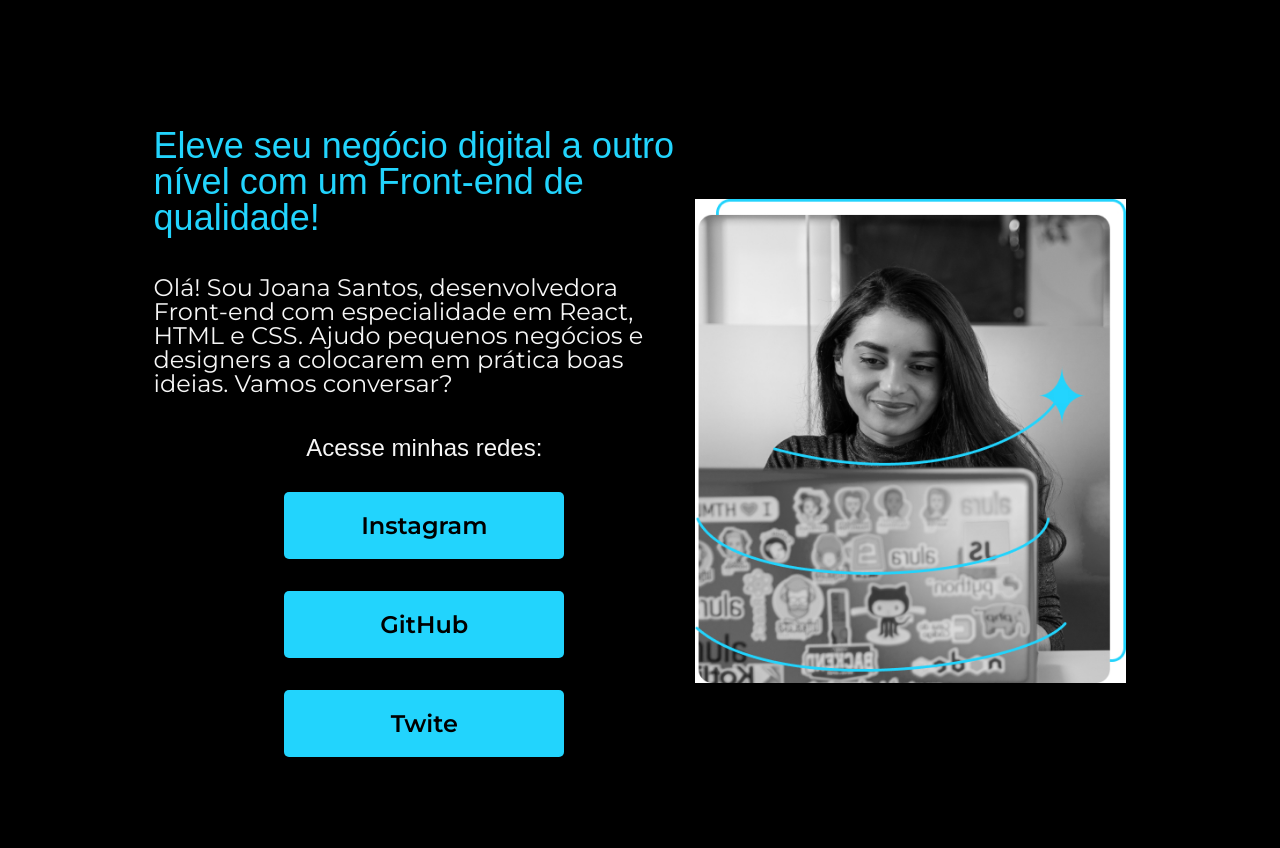
Repository: joaoPraiaJunior/html-basico
Page: index.html
The author's editor kept a copy of each file at every save. The page is drawn from the files as they stood at one save, then again after the next save.
The browser window is 1280 px wide. The pictures show the whole page.
Some web fonts or font styles are not loaded; a fallback is used.

Above is the page before, as saved 2024-06-06 18:13:59.

### index.html
<!DOCTYPE html>
<html lang="pt-BR" dir="ltr">
  <head>
    <meta charset="UTF-8" />
    <meta http-equiv="X-UA-Compatible" content="IE=edge" />
    <meta name="viewport" content="width=device-width, initial-scale=1.0" />
    <title>Portifólio</title>
    <link rel="stylesheet" href="css/reset.css" />
    <link rel="stylesheet" href="css/style.css" />
  </head>
  <body>
    <header></header>
    <main class="apresentacao">
      <section class="apresentacao__conteudo">
        <h1 class="apresentacao__titulo">
          Eleve seu negócio digital a outro nível com um Front-end de qualidade!
        </h1>
        <p class="apresentacao__texto">
          Olá! Sou Joana Santos, desenvolvedora Front-end com especialidade em
          React, HTML e CSS. Ajudo pequenos negócios e designers a colocarem em
          prática boas ideias. Vamos conversar?
        </p>
        <div class="apresentacao__links">
          <h2 class="apresentacao__subtitulo">Acesse minhas redes:</h2>
          <a class="apresentacao__link" href="https://www.instagram.com/joaopraiajunior/">Instagram</a>
          <a class="apresentacao__link" href="https://github.com/joaoPraiaJunior">GitHub</a>
          <a class="apresentacao__link" href="http://">Twite</a>
        </div>
      </section>
      <section class="apresentacao__imagem">
        <img src="images/Imagem.jpg" alt="foto da joana santos programando!" />
      </section>
    </main>
    <footer></footer>
  </body>
</html>

### css/reset.css
/* http://meyerweb.com/eric/tools/css/reset/
   v2.0 | 20110126
   License: none (public domain)
*/

* {
    box-sizing: border-box;
}

html, body, div, span, applet, object, iframe,
h1, h2, h3, h4, h5, h6, p, blockquote, pre,
a, abbr, acronym, address, big, cite, code,
del, dfn, em, img, ins, kbd, q, s, samp,
small, strike, strong, sub, sup, tt, var,
b, u, i, center,
dl, dt, dd, ol, ul, li,
fieldset, form, label, legend,
table, caption, tbody, tfoot, thead, tr, th, td,
article, aside, canvas, details, embed,
figure, figcaption, footer, header, hgroup,
menu, nav, output, ruby, section, summary,
time, mark, audio, video {
	margin: 0;
	padding: 0;
	border: 0;
	font: inherit;
	vertical-align: baseline;
}
/* HTML5 display-role reset for older browsers */
article, aside, details, figcaption, figure,
footer, header, hgroup, menu, nav, section {
	display: block;
}
body {
	line-height: 1;
}
ol, ul {
	list-style: none;
}
blockquote, q {
	quotes: none;
}
blockquote:before, blockquote:after,
q:before, q:after {
	content: '';
	content: none;
}
table {
	border-collapse: collapse;
	border-spacing: 0;
}

### css/style.css
@import url('https://fonts.googleapis.com/css2?family=Krona+One&family=Montserrat:wght@400;600&display=swap');

html {
  font-size: 62.5%;
}

body {
  color: #f6f6f6;
  background-color: #000;
  font-size: 1.6rem;
  height: 100vh;
}

.apresentacao {
  margin: 10% 12%;
  display: flex;
  justify-content: space-between;
  align-items: center;
}

.apresentacao__conteudo {
  display:flex;
  flex-direction: column;
  width: 615px;
  gap: 40px;
}

.apresentacao__titulo {
  color: #22d4fd;
  font-family: 'Krona One', sans-serif;
  font-size: 3.6rem;
}

.apresentacao__subtitulo{
  font-family: 'Krona One', sans-serif;
  font-size: 2.4rem;
  font-weight: 400;
}

.apresentacao__texto {
  font-family: 'Montserrat', sans-serif;
  font-size: 2.4rem;
}

.apresentacao__links {
  display: flex;
  flex-direction: column;
  justify-content: space-between;
  align-items: center;
  row-gap: 32px;
}

.apresentacao__link {
  color: #000;
  background-color: #22d4fd;
  font-family: 'Montserrat', sans-serif;
  font-size: 2.4rem;
  font-weight: 600;
  padding: 21.5px 0;
  width: 280px;
  border-radius: 5px;
  text-align: center;
  text-decoration: none;
}

.apresentacao__link--transparente {
  color: #22d4fd;
  background-color: transparent;
  border: 2px solid #22d4fd;
}

.apresentacao__imagem img {
  max-width: 100%;
}

After the next save:
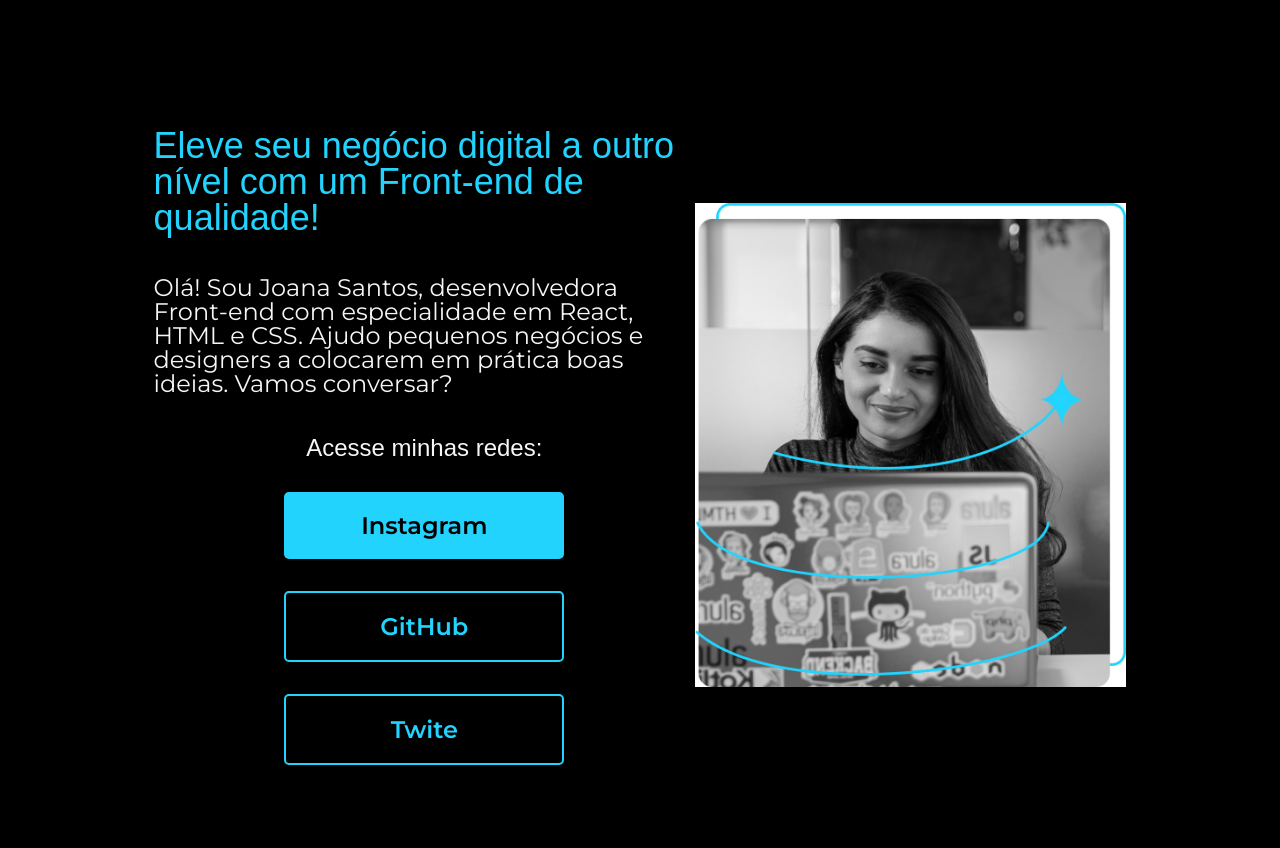
Saved 29 s later.
--- a/index.html
+++ b/index.html
@@ -23,8 +23,8 @@
         <div class="apresentacao__links">
           <h2 class="apresentacao__subtitulo">Acesse minhas redes:</h2>
           <a class="apresentacao__link" href="https://www.instagram.com/joaopraiajunior/">Instagram</a>
-          <a class="apresentacao__link" href="https://github.com/joaoPraiaJunior">GitHub</a>
-          <a class="apresentacao__link" href="http://">Twite</a>
+          <a class="apresentacao__link apresentacao__link--transparente" href="https://github.com/joaoPraiaJunior">GitHub</a>
+          <a class="apresentacao__link apresentacao__link--transparente" href="http://">Twite</a>
         </div>
       </section>
       <section class="apresentacao__imagem">
